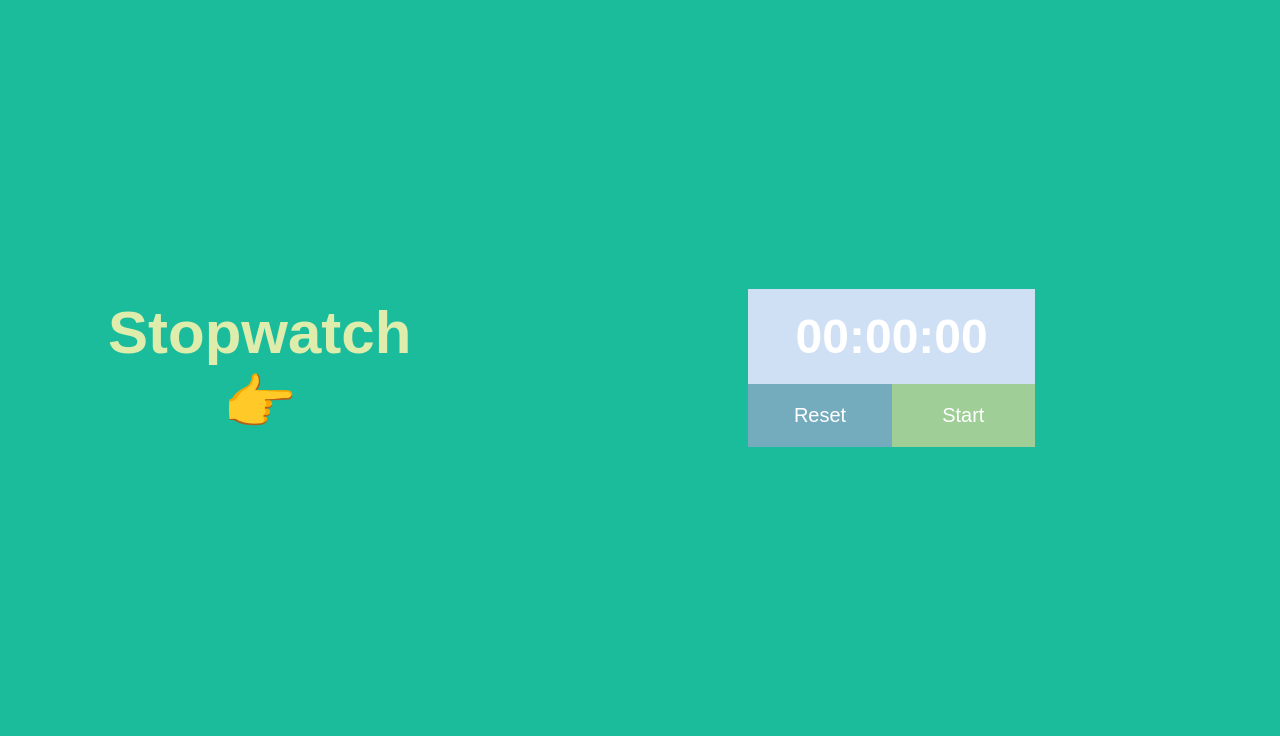
Repository: pilar122/stopwatch
Page: index.html
An editor plug-in stored every save of this project. The page is shown before and after the next save, followed by the edit.
The browser window is 1280 px wide. The pictures show the whole page.

Above is the page before, as saved 2022-06-19 13:03:36.

After the next save:
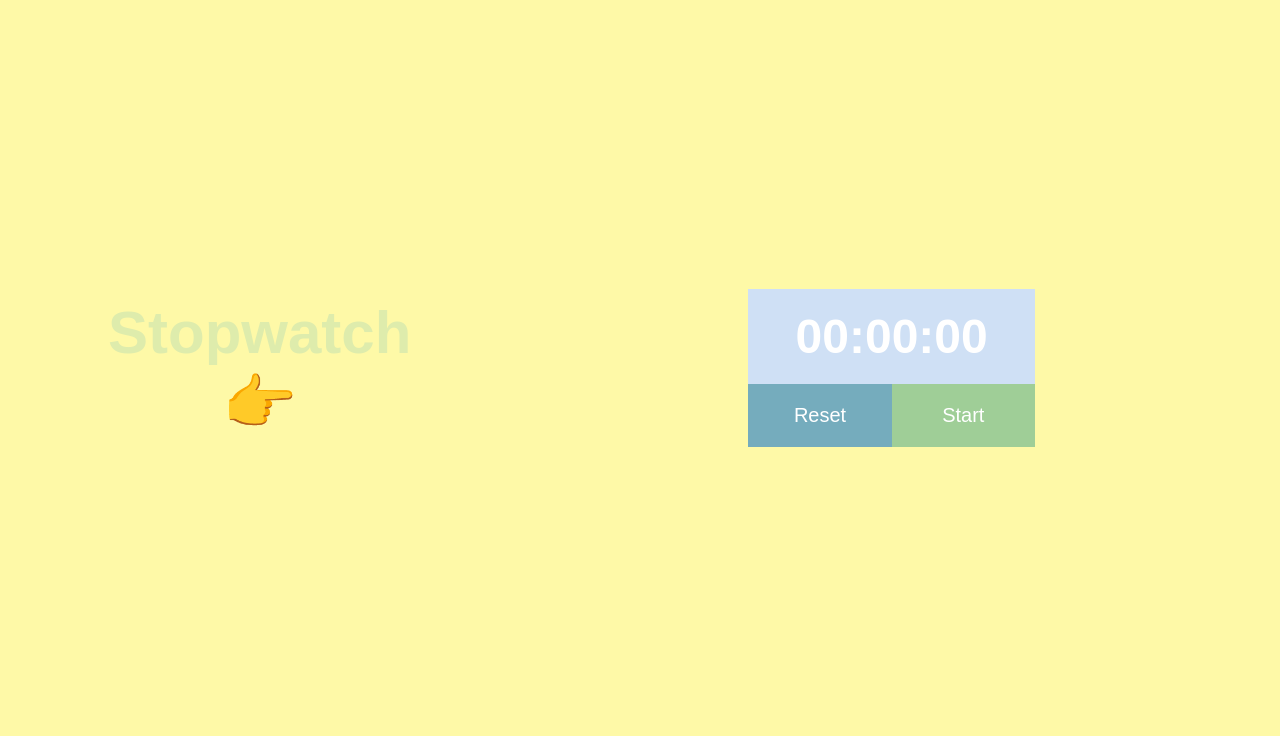
Saved 19 s later.
--- a/stopwatch.css
+++ b/stopwatch.css
@@ -36,7 +36,7 @@
     display: flex;
     align-items: center; justify-content: center;
     min-height: 100vh;
-    background: #1abc9c;
+    background: #FEF9A7;
     background-repeat: no-repeat;
     background-position: center;
     background-size: cover;
